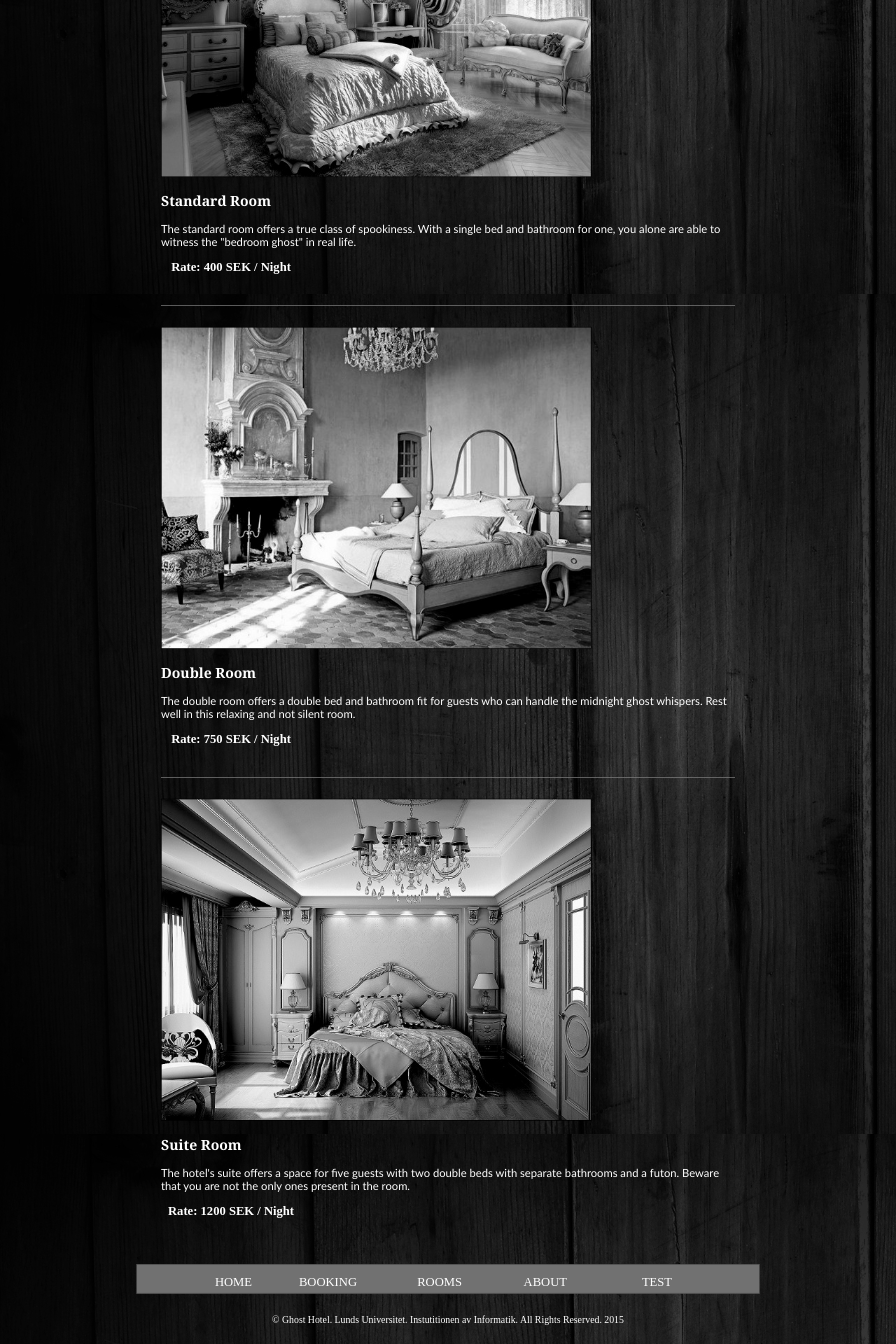
Repository: shelleylv/planb
Page: Client2/WebContent/Rooms.html
These files come from the project's save history. The page is drawn as it stood at one moment and after the next save; the edit follows.
The browser window is 1280 px wide. The pictures show the part of the page from y = 780 to 2700 px (the page is 2710 px tall), at 70% of full size.
Backgrounds fixed to the window are drawn as part of the page.

Above is the page before, as saved 2015-04-05 19:12:21.

### Client2/WebContent/Rooms.html
<!DOCTYPE html>
<html>
<head>
	<meta charset="UTF-8">
	<title>Ghost Hotel</title>
	<link rel="stylesheet" href="css/style.css" type="text/css">
</head>
<div id="page">
			<div id="header">
				<img src ="bilder/ghlogo.jpg" alt="header"/>
				<div id="navigation">
					<ul>
						<li class="selected">
						<a href="Startpage.html"><strong>Home</strong></a>
						</li>
						<li>
							<a href="Booking.jsp"><strong>Booking</strong></a>
						</li>
						<li>
							<a href="Rooms.html"><strong>Rooms</strong></a>
						</li>
						<li>
							<a href="About.html"><strong>About</strong></a>
						</li>
						<li>
							<a href="Test.html"><strong>Test</strong></a>
						</li>
					</ul>
				</div>
			</div>
			<div id="contents">
				<div id="roompage">
					<div>
						<div id="roombox">
							<h4> At the Ghost Hotel, we offer a different variety of rooms for guests brave enough to stay a night with all of our unseen guests. Have a look to see which room suits your courage.</h4>
							<ul id="rooms">
								<li>
									<img src="bilder/standardroom.jpg" alt="Img">
									<h2>Standard Room</h2>
									<p>
										The standard room offers a true class of spookiness. With a single bed and bathroom for one, you alone are able to witness the "bedroom ghost" in real life.
									</p>
									<span class="rate"><strong>Rate: 400 SEK / Night</strong></span>
								</li>

								<li>
									<img src="bilder/doubleroom.jpg" alt="Img">
									<h2>Double Room</h2>
									<p>
										The double room offers a double bed and bathroom fit for guests who can handle the midnight ghost whispers. Rest well in this relaxing and not silent room.
									</p>
									<span class="rate"><strong>Rate: 750 SEK / Night</strong></span>
								</li>
								<li>
									<img src="bilder/suiteroom.jpg" alt="Img">
									<h2>Suite Room</h2>
									<p>
										The hotel's suite offers a space for five guests with two double beds with separate bathrooms and a futon. Beware that you are not the only ones present in the room.
									</p>
									<span class="rate"><strong>Rate: 1200 SEK / Night</strong></span>
								</li>
							</ul>
						</div>
					</div>
				</div>
			</div>
		</div>
	<div id="footer">
		<div>
			<ul class="navigation">
				<li class="active">
						<a href="Startpage.html">Home</a>
					</li>
					<li>
						<a href="Booking.jsp">Booking</a>
					</li>
					<li>
						<a href="Rooms.html">Rooms</a>
					</li>
					<li>
						<a href="About.html">About</a>
					</li>
					<li>
						<a href="Test.html">Test</a>
					</li>
			</ul>
		</div>
		<p> © Ghost Hotel. Lunds Universitet. Instutitionen av Informatik. All Rights Reserved. 2015</p>
	</div>
<body>
</body>
</html>

### Client2/WebContent/css/style.css
/*---------DESIGN----------------*/

body{
	background-image: url("../bilder/backgroundwood.jpg");
	background-attachment: fixed;
}


#page{
	width: 1000px;
	margin: auto;
}

#header{
	width: 1000px;
	margin: auto;
}


/*---------CONTENTS--------------*/
#contents{
	border: none;
}

#contents h1{
	color: white;
	font-family: Times New Roman;
	font-size: 20px;
}

#contents h2{
	color: white;
	font-family: Times New Roman;
	font-size: 20px;
}

#contents p{
	color: white;
	font-family: Trebuchet MS;
	font-size: 18px;
}

/*------------ABOUTBOX-------*/
#aboutbox{
	width: 820px;
	margin: auto;
	padding: 4px 5px 18px;
	border: none;
}

/*------ABOUTUS-----------*/

#aboutus h1{
	color: white;
	font-family: Georgia, Times New Roman;
	text-decoration: none;
	font-size: 20px;
}

#aboutus h2{
	color: white;
	font-family: Georgia, Times New Roman;
	font-size: 20px;
}

#aboutus p {
	color: white;
	font-family: Trebuchet MS;
	font-size: 16px;
}

#aboutus img{
	float: right;
	border: 3px solid black;
	margin-right:-90px;
	margin-top: 20px;
}

/*----------------NAVIGATION------------------*/

#navigation{
	background-color: #EDEDED;
	clear: both;
	height: 40px;
	width: 1000px;
	margin: auto;
}

#navigation ul{
	display: inline-block;
	width: 1000px;
	list-style: none;
	margin: 0;
	padding: 0;
}

#navigation li{
	float:left;
	height: 20px;
	width: 100px;
	margin-left: 65px;
	padding: 10px;
	text-align: center;
}

#navigation li:first-child{
	margin-left: 0
	padding-left: 0;
}

#navigation li a{
	color: black;
	display: block;
	text-decoration: none;
	text-transform: uppercase;
	font-family: Times New Roman;
	font-size: 20px;

}

#navigation li a:hover {
	color: red;
}

/*--------------MAIN--------------*/
#main {
	width: 820px;
	margin: auto;
	padding: 20px 5px 18px;
}

#main p{
	font-size: 17px;
	font-family: Times New Roman;
	text-align: left;
	color: white;
	text-transform: none;
}

#main h2{
	font-family: Times New Roman;
	text-transform: uppercase;
	text-align: center;
	color: white;
}


/*-------------INFOBOX------------*/

#infobox{
	float: right;
	position: static;
	width: 220px;
	height: 520px;
	margin: 20px 20px 5px 20px;
	padding-top: 20px;
}

/*---------------SIDEBOX----------------*/
.sidebox{
	height: 150px;
	width: 220px;
	margin-bottom: 15px;
	margin-top: 20px;
}

.sidebox img{
	height: 150px;
	width: 220px;
}


/*--------------BOOKINGBOX-----------*/

#bookingbox{
	width: 820px;
	margin: auto;
	padding: 10px;
}

#bookingbox p{
	font-family: Times New Roman;
	font-weight: bold;
}


/*------------BOOKING---------*/

#booking{
	background-color: none;
	width: 770px;
	float: left;
	height: 400px;
	border: none;
	padding: 20px;
}

#booking label{
	color: white;
	font-size: 20;
	font-family: Trebuchet MS;
}

#booking p{
	font-family: Times New Roman;


}



/*---------RESULTBOX-----------*/
#resultbox {
	border:1px dashed black;
	float: right;
	width: 550px;
	height: 400px;
	margin: auto;
	padding: 0px 10px 10px 10px ;
	overflow: scroll;
}

#resultbox p{
	color: white;
	font-family: Times New Roman;
	font-size: 18px;

}

#resultbox span{
	font-weight: bold;
	font-family: Trebuchet MS;
	font-size: 16px;
}

#pris {
	font-weight: nomal;
}

/*-----------ROOMBOX----------*/

#roombox{
	border: none;
	width: 820px;
	margin: auto;
	padding: 4px 5px 18px;
}

#roombox h2{
	text-transformation: uppercase;
	font-family: Times New Roman;
	color: white;
	font-size: 20px;
}

/*----ROOMS----*/

#rooms{
	list-style: none;
	margin: 0;
	padding: 0;
}

#rooms li{
	display: block;
	width: 750;
	border-top: 1px solid grey;
	padding: 30px 0;
	position: relative;
}

#rooms li:first-child{
	border-top:0;
}

#rooms li img{
	float: none;
	border: 1px solid black;
	margin-right: 15px;
}

#roombox p {
	font-family: Trebuchet MS;
	font-size: 16px;
	color: white;
}

#roombox h4{
	color: white;
	font-family: Georgia, Times New Roman;

}
#roombox h2{
	font-family: Georgia, Times New Roman;
	color: white;
}


#rooms .rate {
	color: white;
	display: inline-block;
	font-family: Times New Roman;
	font-size: 18px;
	height: 35px;
	width: 200px;
	text-align: center;
	position: static;
	bottom: 30px;
}

/*-----------FOOTER------------------*/

#footer{
	color: white;
	font-size: 14px;
	line-height: 48px;
	margin: -38px 0 20px;
	padding-top: 42px;
	text-transform: uppercase;
	clear:both
}

#footer > div {
	background-color:#717171;
	height: 40px;
	width: 850px;
	border-bottom: 1px solid #4F4F4F;
	border-top: 1px solid #4F4F4F;
	margin: 0 auto;
	padding: 0 20px;
	text-align: right;
}

#footer ul.navigation {
	display: inline-block;
	list-style: none;
	margin: 0;
	padding: 0;
	float: left;
}

#footer ul.navigation li {
	float: left;
	height: 50px;
	width:100px;
	margin-left: 50px;

}
#footer ul.navigation li a {
	color: white;
	padding: 5px;
	text-decoration: none;
	font-family:Times New Roman;
	font-size:18px;
}

#footer ul.navigation li:first-child a {
	border-left: 0;
	padding-left: 0;
}

#footer ul.navigation li a:hover {
	color: red;
}

#footer p {
	color: white;
	margin: center;
	text-align: center;
	text-transform: none;
}

After the next save:
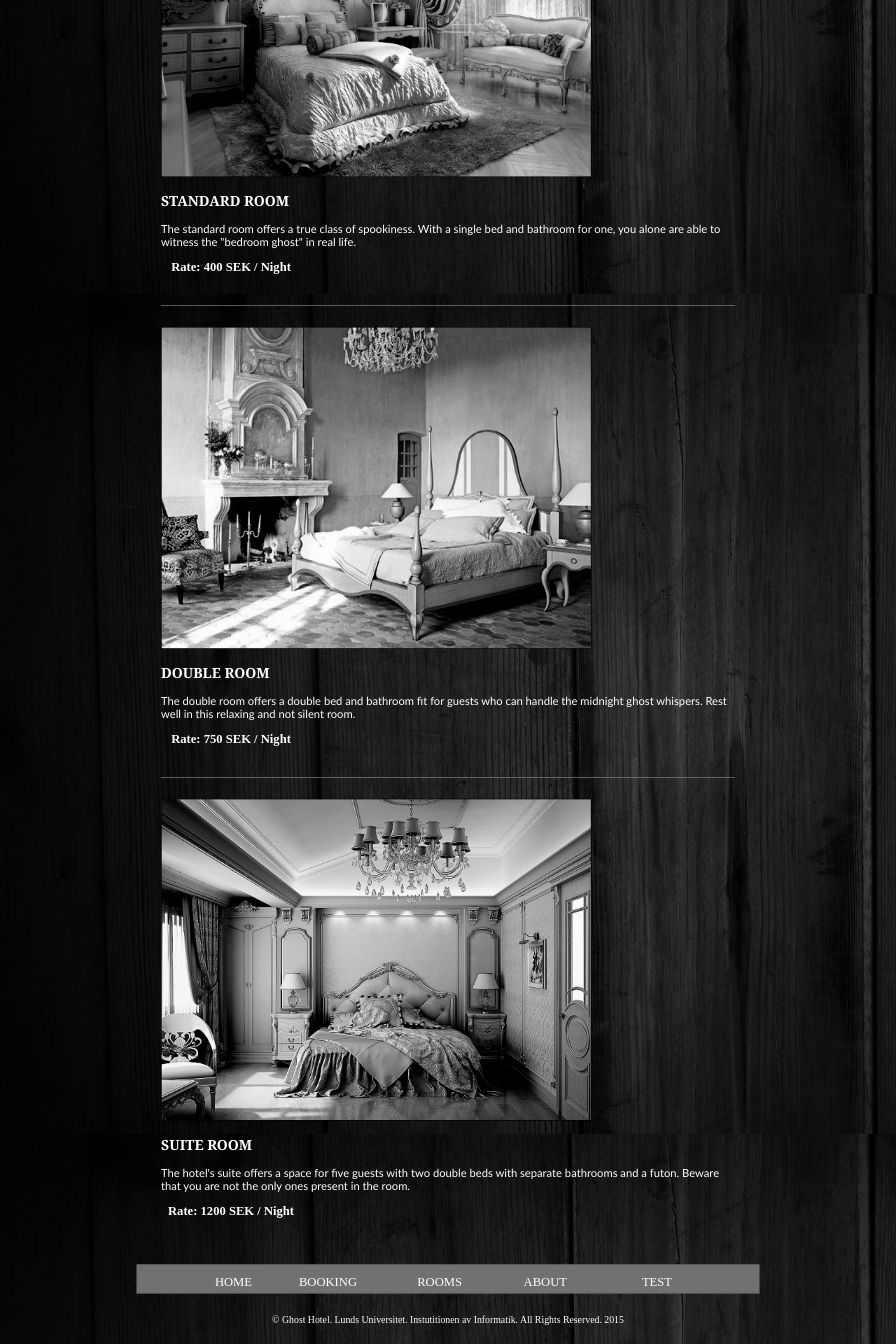
Saved 84 s later.
--- a/Client2/WebContent/css/style.css
+++ b/Client2/WebContent/css/style.css
@@ -247,7 +247,7 @@
 }
 
 #roombox h2{
-	text-transformation: uppercase;
+	text-transform: uppercase;
 	font-family: Times New Roman;
 	color: white;
 	font-size: 20px;
